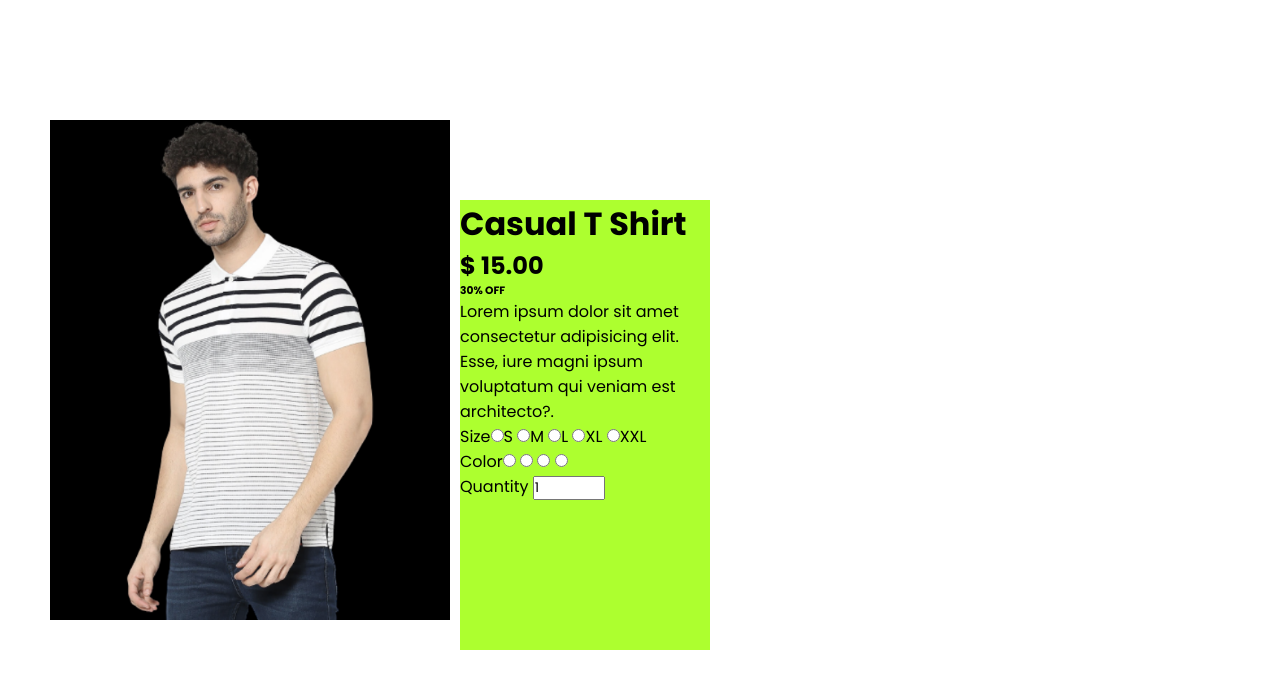
Repository: Ankitkr2021/Product-Page
Page: index.html
These files come from the project's save history. The page is drawn as it stood at one moment and after the next save; the edit follows.
The browser window is 1280 px wide. The pictures show the whole page.

Above is the page before, as saved 2025-10-24 10:20:26.

### index.html
<!DOCTYPE html>
<html lang="en">
<head>
    <meta charset="UTF-8">
    <meta name="viewport" content="width=device-width, initial-scale=1.0">
    <title>Product Page Design</title>
    <link rel="stylesheet" href="./style.css">
</head>
<body>
    <div class="main">
    <div class="left">
    <div class="image1"><img src="./images/image1.png" alt=""></div>
    <div class="image2"></div>
    <div class="image3"></div>
    </div>
    <div class="right">
        <h1>Casual T Shirt</h1>
        <h2>$ 15.00</h2>
        <h6>30% OFF</h6>
        <p>Lorem ipsum dolor sit amet consectetur adipisicing elit. Esse, iure magni ipsum voluptatum qui veniam est architecto?.</p>
       <label>Size<input type="radio" name="size" value="s">S</label>
        <label><input type="radio" name="size" value="m">M</label>
        <label><input type="radio" name="size" value="l">L</label>
        <label><input type="radio" name="size" value="xl">XL</label>
        <label><input type="radio" name="size" value="xxl">XXL</label>

        <div class="color">
        <label>Color<input type="radio" name="color" value="red"></label>
        <label><input type="radio" name="color" value="green"></label>
        <label><input type="radio" name="color" value="blue"></label>
        <label><input type="radio" name="color" value="pink"></label>
        </div>

        <div class="quantity">
            <label>Quantity</label>
             <input type="number" id="qty" name="qty" min="1" max="10" value="1">
        </div>
    </div>
    </div>
</body>
</html>

### style.css
@import url("https://fonts.googleapis.com/css2?family=Poppins:wght@400;700&display=swap");

*{
    margin: 0;
    padding: 0;
    box-sizing: border-box;
    font-family: "Poppins",sans-serif;
}

.left {
    height: 200px;
    width: 150px;
}

.left img {
    height: 500px;
    width: 400px;
    margin-left: 50px;
    margin-top: 120px;
    background: #000;
}

.right{
    height: 450px;
    width: 250px;
    margin-left: 460px;
    background: greenyellow;

}

After the next save:
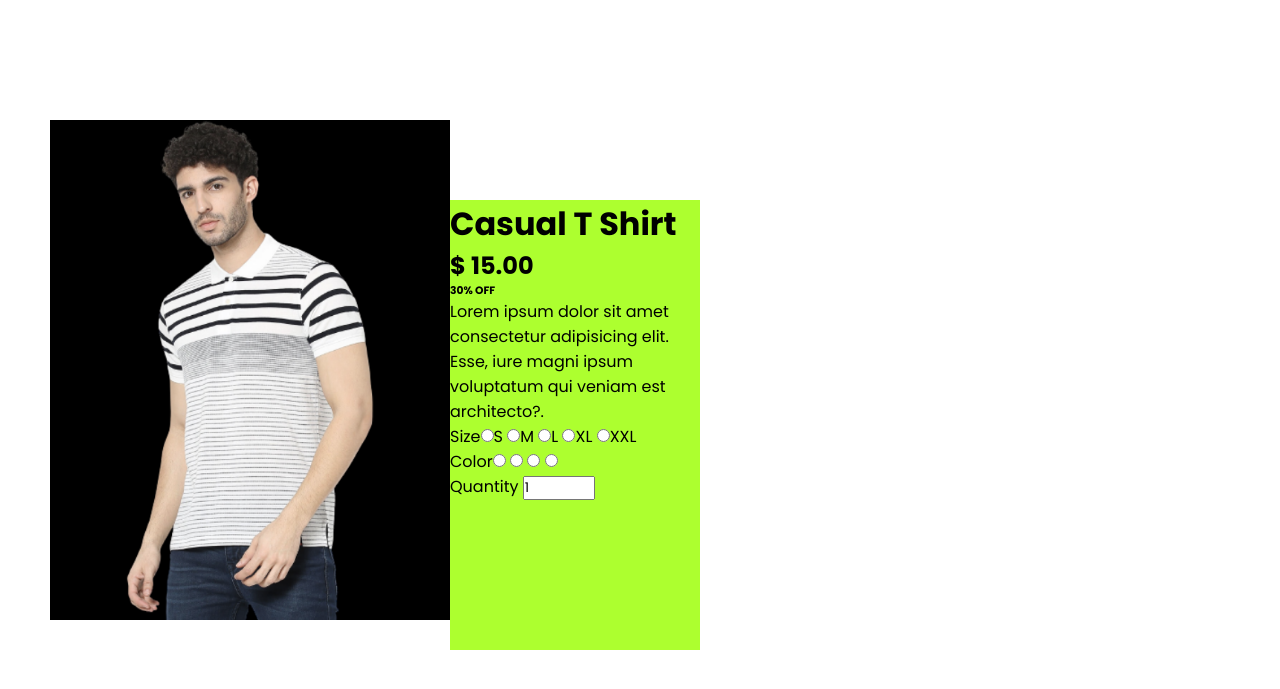
Saved 7 s later.
--- a/style.css
+++ b/style.css
@@ -23,7 +23,7 @@
 .right{
     height: 450px;
     width: 250px;
-    margin-left: 460px;
+    margin-left: 450px;
     background: greenyellow;
 
 }
